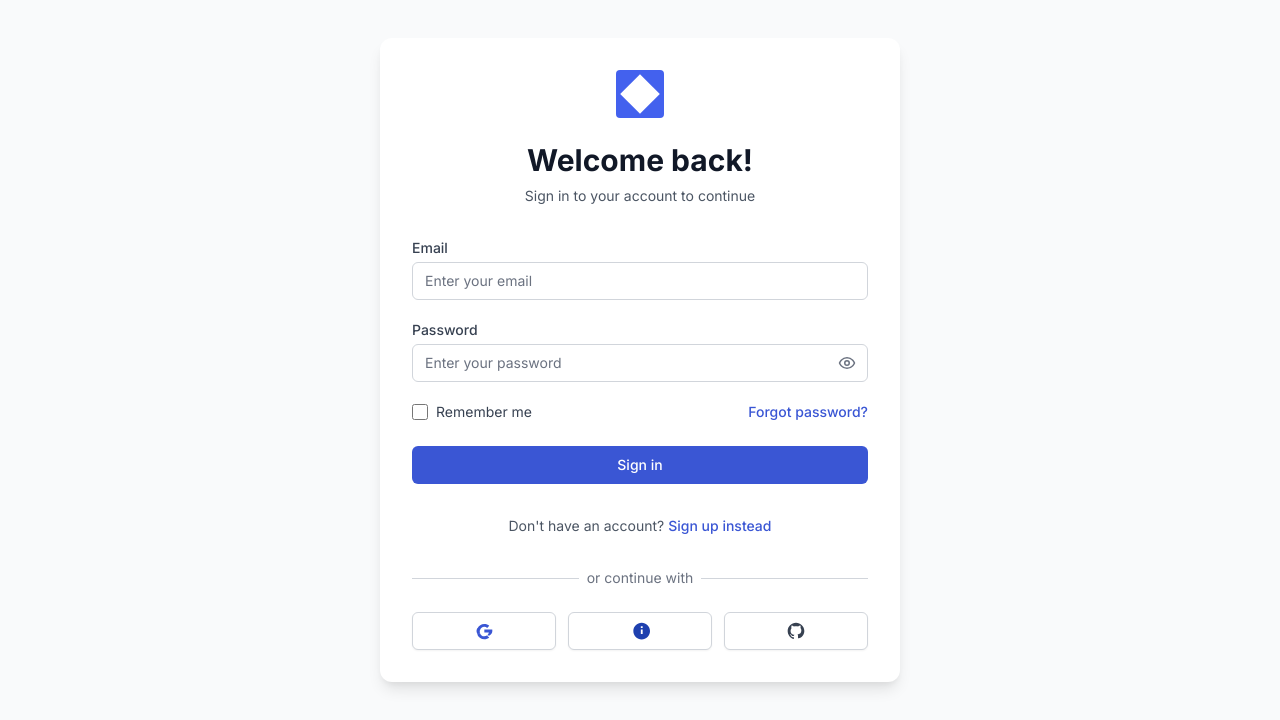
Repository: StoyanStoyanov1/DHS-Team
Page: /auth/login (app in dhs-admin-panel/)
These files come from the project's save history. The page is drawn as it stood at one moment and after the next save; the edit follows.
The browser window is 1280 px wide. The pictures show the whole page.
The project was rebuilt for these pictures with package versions that can differ from the ones it lists, and the page was loaded fresh each time. The framework's server and built-in components were replaced by stand-ins that run in the browser. Also part of the build but not shown: dhs-admin-panel/next.config.ts, dhs-admin-panel/src/app/components/SearchBar.tsx, dhs-admin-panel/src/app/components/Header.tsx, dhs-admin-panel/src/app/components/NavItem.tsx, dhs-admin-panel/src/app/components/Sidebar.tsx.

Above is the page before, as saved 2025-04-23 08:42:22.

### dhs-admin-panel/src/app/layout.tsx
import type { Metadata } from 'next';
import { Inter } from 'next/font/google';
import './globals.css';
import DashboardLayout from './components/Layout';

const inter = Inter({ subsets: ['latin'] });

export const metadata: Metadata = {
    title: 'Admin Dashboard',
    description: 'NextJS Admin Dashboard',
};

export default function RootLayout({
                                       children,
                                   }: {
    children: React.ReactNode
}) {
    return (
        <html lang="en">
        <body className={inter.className}>
        <DashboardLayout>
            {children}
        </DashboardLayout>
        </body>
        </html>
    );
}

### dhs-admin-panel/src/app/auth/login/page.tsx
'use client';

import React, { useState } from 'react';
import { useRouter } from 'next/navigation';
import { Eye, EyeOff } from 'lucide-react';
import Link from 'next/link';

export default function LoginPage() {
    const router = useRouter();
    const [showPassword, setShowPassword] = useState(false);

    return (
        <div className="auth-page-container min-h-screen flex items-center justify-center bg-gray-50 p-4">
            <div className="max-w-md w-full space-y-8 p-8 bg-white rounded-xl shadow-lg">
                <div className="text-center">
                    <div className="flex justify-center">
                        <div className="h-12 w-12 rounded bg-blue-500 flex items-center justify-center">
                            <div className="w-7 h-7 bg-white transform rotate-45"></div>
                        </div>
                    </div>
                    <h2 className="mt-6 text-3xl font-bold text-gray-900">
                        Welcome back!
                    </h2>
                    <p className="mt-2 text-sm text-gray-600">
                        Sign in to your account to continue
                    </p>
                </div>

                <form className="mt-8 space-y-6">
                    <div className="space-y-5">
                        <div>
                            <label htmlFor="email" className="block text-sm font-medium text-gray-700 mb-1">
                                Email
                            </label>
                            <input
                                id="email"
                                name="email"
                                type="email"
                                required
                                className="appearance-none relative block w-full px-3 py-2 border border-gray-300 placeholder-gray-500 text-gray-900 rounded-md focus:outline-none focus:ring-blue-500 focus:border-blue-500 sm:text-sm"
                                placeholder="Enter your email"
                            />
                        </div>

                        <div>
                            <label htmlFor="password" className="block text-sm font-medium text-gray-700 mb-1">
                                Password
                            </label>
                            <div className="relative">
                                <input
                                    id="password"
                                    name="password"
                                    type={showPassword ? "text" : "password"}
                                    required
                                    className="appearance-none relative block w-full px-3 py-2 border border-gray-300 placeholder-gray-500 text-gray-900 rounded-md focus:outline-none focus:ring-blue-500 focus:border-blue-500 sm:text-sm"
                                    placeholder="Enter your password"
                                />
                                <button
                                    type="button"
                                    className="absolute inset-y-0 right-0 pr-3 flex items-center text-gray-500 cursor-pointer"
                                    onClick={() => setShowPassword(!showPassword)}
                                >
                                    {showPassword ? <EyeOff size={18} /> : <Eye size={18} />}
                                </button>
                            </div>
                        </div>

                        <div className="flex items-center justify-between">
                            <div className="flex items-center">
                                <input
                                    id="remember-me"
                                    name="remember-me"
                                    type="checkbox"
                                    className="h-4 w-4 text-blue-600 focus:ring-blue-500 border-gray-300 rounded"
                                />
                                <label htmlFor="remember-me" className="ml-2 block text-sm text-gray-700">
                                    Remember me
                                </label>
                            </div>

                            <div className="text-sm">
                                <a href="#" className="font-medium text-blue-600 hover:text-blue-500">
                                    Forgot password?
                                </a>
                            </div>
                        </div>
                    </div>

                    <button
                        type="submit"
                        className="group relative w-full flex justify-center py-2 px-4 border border-transparent text-sm font-medium rounded-md text-white bg-blue-600 hover:bg-blue-700 focus:outline-none focus:ring-2 focus:ring-offset-2 focus:ring-blue-500"
                    >
                        Sign in
                    </button>
                </form>

                <div className="mt-6 text-center">
                    <p className="text-sm text-gray-600">
                        Don't have an account? {' '}
                        <Link href="/auth/register" className="font-medium text-blue-600 hover:text-blue-500">
                            Sign up instead
                        </Link>
                    </p>
                </div>

                <div className="mt-6">
                    <div className="relative">
                        <div className="absolute inset-0 flex items-center">
                            <div className="w-full border-t border-gray-300"></div>
                        </div>
                        <div className="relative flex justify-center text-sm">
                            <span className="px-2 bg-white text-gray-500">
                                or continue with
                            </span>
                        </div>
                    </div>

                    <div className="mt-6 grid grid-cols-3 gap-3">
                        <button
                            type="button"
                            className="w-full inline-flex justify-center py-2 px-4 border border-gray-300 rounded-md shadow-sm bg-white text-sm font-medium text-gray-500 hover:bg-gray-50"
                        >
                            <svg className="h-5 w-5 text-blue-600" fill="currentColor" viewBox="0 0 24 24" aria-hidden="true">
                                <path d="M22,12.1c0-0.6,0-1.3-0.1-1.9h-9.5v3.7h5.4c-0.2,1.4-1,2.6-2,3.4l0,0.2h2.9C20.9,15.9,22,14.2,22,12.1z" />
                                <path d="M12.3,22c2.4,0,4.5-0.8,6-2.2l-2.9-2.3c-0.8,0.5-1.9,0.9-3.1,0.9c-2.4,0-4.4-1.6-5.1-3.8H4.2v2.3C5.7,19.9,8.8,22,12.3,22z" />
                                <path d="M7.2,14.6c-0.2-0.6-0.3-1.2-0.3-1.9c0-0.7,0.1-1.3,0.3-1.9V8.5H4.2C3.4,9.6,3,10.8,3,12.1s0.4,2.5,1.2,3.6L7.2,14.6z" />
                                <path d="M12.3,7c1.4,0,2.6,0.5,3.5,1.3l0,0l2.5-2.5l0,0C16.9,4.5,14.8,3.7,12.3,3.7c-3.5,0-6.6,2.1-8.1,5.1l3,2.3C7.9,8.6,10,7,12.3,7z" />
                            </svg>
                        </button>

                        <button
                            type="button"
                            className="w-full inline-flex justify-center py-2 px-4 border border-gray-300 rounded-md shadow-sm bg-white text-sm font-medium text-gray-500 hover:bg-gray-50"
                        >
                            <svg className="h-5 w-5 text-blue-800" fill="currentColor" viewBox="0 0 24 24" aria-hidden="true">
                                <path d="M24,12.1c0,5.5-4.5,10-10,10S4,17.6,4,12.1C4,6.6,8.5,2.1,14,2.1S24,6.6,24,12.1z M13,8.3h2.2v-2h-2.2v2z M13,15.5h2.2v-5.4H13V15.5z" />
                            </svg>
                        </button>

                        <button
                            type="button"
                            className="w-full inline-flex justify-center py-2 px-4 border border-gray-300 rounded-md shadow-sm bg-white text-sm font-medium text-gray-500 hover:bg-gray-50"
                        >
                            <svg className="h-5 w-5 text-gray-700" fill="currentColor" viewBox="0 0 24 24" aria-hidden="true">
                                <path fillRule="evenodd" d="M12,2.1c-5.5,0-10,4.5-10,10c0,4.4,2.9,8.2,6.8,9.5c0.5,0.1,0.7-0.2,0.7-0.5c0-0.2,0-0.9,0-1.7c-2.8,0.6-3.4-1.3-3.4-1.3C5.7,17,5,16.6,5,16.6c-0.9-0.6,0.1-0.6,0.1-0.6c1,0.1,1.5,1,1.5,1c0.9,1.5,2.3,1.1,2.9,0.8c0.1-0.6,0.3-1.1,0.6-1.3c-2.2-0.3-4.6-1.1-4.6-4.9c0-1.1,0.4-2,1-2.7C6.5,8.1,6.2,7,6.7,5.5c0,0,0.8-0.3,2.8,1c0.8-0.2,1.7-0.3,2.5-0.3s1.7,0.1,2.5,0.3c1.9-1.3,2.8-1,2.8-1c0.5,1.4,0.2,2.5,0.1,2.8c0.6,0.7,1,1.6,1,2.7c0,3.8-2.3,4.7-4.6,4.9c0.3,0.3,0.6,0.9,0.6,1.8c0,1.3,0,2.3,0,2.6c0,0.3,0.2,0.6,0.7,0.5C19.1,20.3,22,16.5,22,12.1C22,6.6,17.5,2.1,12,2.1z" clipRule="evenodd" />
                            </svg>
                        </button>
                    </div>
                </div>
            </div>
        </div>
    );
}

### dhs-admin-panel/src/app/globals.css
@tailwind base;
@tailwind components;
@tailwind utilities;

:root {
  --background: #ffffff;
  --foreground: #171717;
}

@theme inline {
  --color-background: var(--background);
  --color-foreground: var(--foreground);
  --font-sans: var(--font-geist-sans);
  --font-mono: var(--font-geist-mono);
}

@media (prefers-color-scheme: dark) {
  :root {
    --background: #0a0a0a;
    --foreground: #ededed;
  }
}

html, body {
  background: var(--background);
  color: var(--foreground);
  font-family: Arial, Helvetica, sans-serif;
  height: 100%;
  width: 100%;
  margin: 0;
  padding: 0;
}

.auth-page-container {
  min-height: 100vh;
  display: flex;
  flex-direction: column;
}

/* Максимална широчина на контейнера за auth страниците */
.auth-page-container > div {
  max-width: 480px;
  width: 100%;
}

/* Адаптивност при по-големи екрани */
@media (min-width: 1280px) {
  .auth-page-container > div {
    max-width: 520px;
  }
}

@media (min-width: 1536px) {
  .auth-page-container > div {
    max-width: 580px;
  }
}

### dhs-admin-panel/src/app/components/Layout.tsx
'use client';

import { useState, ReactNode } from 'react';
import { usePathname } from 'next/navigation';
import Header from './Header';
import Sidebar from './Sidebar';

interface DashboardLayoutProps {
    children: ReactNode;
}

const Layout: React.FC<DashboardLayoutProps> = ({ children }) => {
    const [activeSection, setActiveSection] = useState<string>('dashboards');
    const [isSidebarCollapsed, setIsSidebarCollapsed] = useState(false);
    const pathname = usePathname();

    const isAuthPage = pathname?.startsWith('/auth');

    if (isAuthPage) {
        return <>{children}</>;
    }

    return (
        <div className="flex h-screen bg-gray-50">
            <Sidebar
                activeSection={activeSection}
                setActiveSection={setActiveSection}
                isCollapsed={isSidebarCollapsed}
                toggleCollapse={() => setIsSidebarCollapsed(!isSidebarCollapsed)}
            />

            <div className="flex-1">
                <Header />

                <main className="p-6 mx-auto w-full">
                    <div className="max-w-7xl mx-auto w-full">
                        {children}
                    </div>
                </main>
            </div>
        </div>
    );
};

export default Layout;

### dhs-admin-panel/tailwind.config.js
/** @type {import('tailwindcss').Config} */
module.exports = {
    content: [
        './src/components/**/*.{js,ts,jsx,tsx,mdx}',
        './src/app/**/*.{js,ts,jsx,tsx,mdx}',
    ],
    theme: {
        extend: {
            colors: {
                blue: {
                    50: '#eff6ff',
                    100: '#dbeafe',
                    200: '#bfdbfe',
                    300: '#93c5fd',
                    400: '#60a5fa',
                    500: '#4361ee',
                    600: '#3a56d4',
                    700: '#1d4ed8',
                    800: '#1e40af',
                    900: '#1e3a8a',
                    950: '#172554',
                },
                gray: {
                    50: '#f9fafb',
                    100: '#f3f4f6',
                    200: '#e5e7eb',
                    300: '#d1d5db',
                    400: '#9ca3af',
                    500: '#6b7280',
                    600: '#4b5563',
                    700: '#374151',
                    800: '#1f2937',
                    900: '#111827',
                    950: '#030712',
                },
                purple: {
                    50: '#faf5ff',
                    100: '#f3e8ff',
                    500: '#8b5cf6',
                    600: '#7c3aed',
                },
                green: {
                    50: '#f0fdf4',
                    100: '#dcfce7',
                    500: '#22c55e',
                    600: '#16a34a',
                },
                red: {
                    50: '#fef2f2',
                    100: '#fee2e2',
                    500: '#ef4444',
                    600: '#dc2626',
                },
                yellow: {
                    50: '#fffbeb',
                    100: '#fef3c7',
                    500: '#eab308',
                    600: '#ca8a04',
                },
            },
            boxShadow: {
                'sm': '0 1px 2px 0 rgba(0, 0, 0, 0.05)',
                'DEFAULT': '0 1px 3px 0 rgba(0, 0, 0, 0.1), 0 1px 2px 0 rgba(0, 0, 0, 0.06)',
                'md': '0 4px 6px -1px rgba(0, 0, 0, 0.1), 0 2px 4px -1px rgba(0, 0, 0, 0.06)',
                'lg': '0 10px 15px -3px rgba(0, 0, 0, 0.1), 0 4px 6px -2px rgba(0, 0, 0, 0.05)',
                'xl': '0 20px 25px -5px rgba(0, 0, 0, 0.1), 0 10px 10px -5px rgba(0, 0, 0, 0.04)',
            },
            borderRadius: {
                'lg': '0.625rem',
                'xl': '0.75rem',
                '2xl': '1rem',
            },
            animation: {
                'fade-in': 'fade-in 0.3s ease-in-out',
                'slide-in': 'slide-in 0.3s ease-in-out',
            },
            keyframes: {
                'fade-in': {
                    '0%': { opacity: '0' },
                    '100%': { opacity: '1' },
                },
                'slide-in': {
                    '0%': { transform: 'translateX(-10px)', opacity: '0' },
                    '100%': { transform: 'translateX(0)', opacity: '1' },
                },
            },
            transitionDuration: {
                '400': '400ms',
            }
        },
    },
    plugins: [],
}

After the next save:
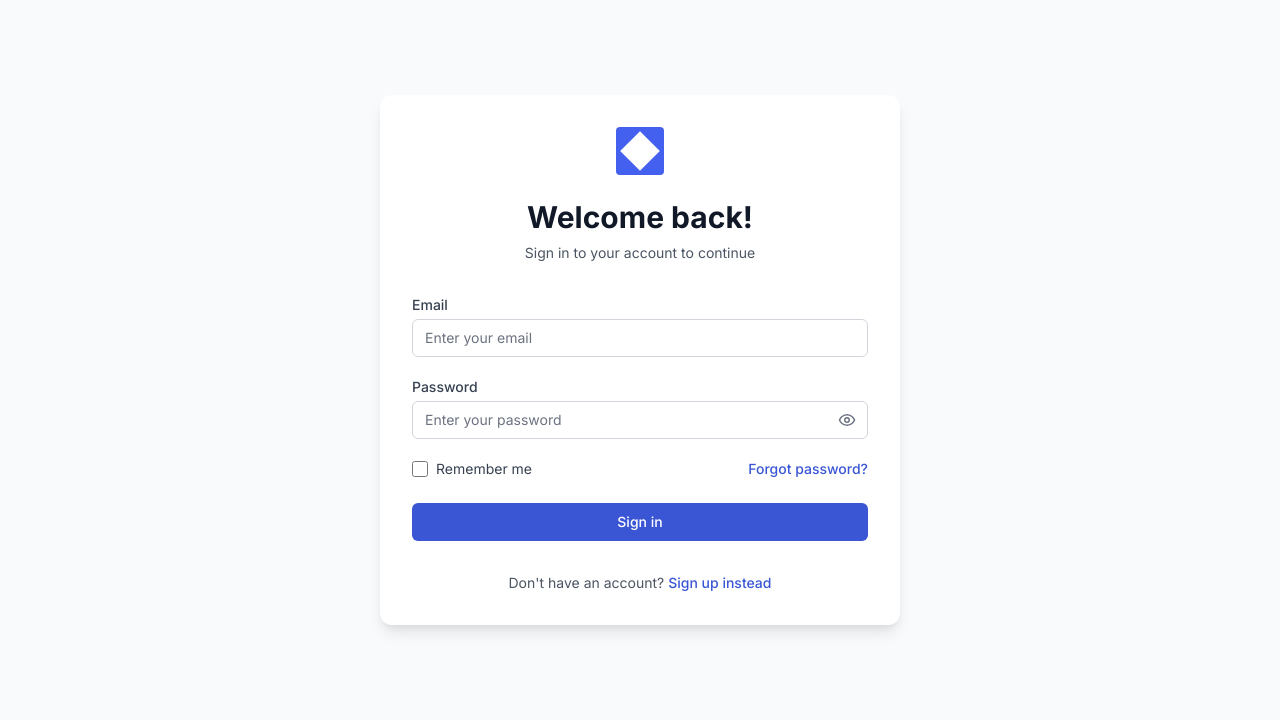
Saved 23 s later.
--- a/dhs-admin-panel/src/app/auth/login/page.tsx
+++ b/dhs-admin-panel/src/app/auth/login/page.tsx
@@ -11,7 +11,7 @@ export default function LoginPage() {
 
     return (
         <div className="auth-page-container min-h-screen flex items-center justify-center bg-gray-50 p-4">
-            <div className="max-w-md w-full space-y-8 p-8 bg-white rounded-xl shadow-lg">
+            <div className="w-full space-y-8 p-8 bg-white rounded-xl shadow-lg">
                 <div className="text-center">
                     <div className="flex justify-center">
                         <div className="h-12 w-12 rounded bg-blue-500 flex items-center justify-center">
@@ -103,50 +103,7 @@ export default function LoginPage() {
                     </p>
                 </div>
 
-                <div className="mt-6">
-                    <div className="relative">
-                        <div className="absolute inset-0 flex items-center">
-                            <div className="w-full border-t border-gray-300"></div>
-                        </div>
-                        <div className="relative flex justify-center text-sm">
-                            <span className="px-2 bg-white text-gray-500">
-                                or continue with
-                            </span>
-                        </div>
-                    </div>
 
-                    <div className="mt-6 grid grid-cols-3 gap-3">
-                        <button
-                            type="button"
-                            className="w-full inline-flex justify-center py-2 px-4 border border-gray-300 rounded-md shadow-sm bg-white text-sm font-medium text-gray-500 hover:bg-gray-50"
-                        >
-                            <svg className="h-5 w-5 text-blue-600" fill="currentColor" viewBox="0 0 24 24" aria-hidden="true">
-                                <path d="M22,12.1c0-0.6,0-1.3-0.1-1.9h-9.5v3.7h5.4c-0.2,1.4-1,2.6-2,3.4l0,0.2h2.9C20.9,15.9,22,14.2,22,12.1z" />
-                                <path d="M12.3,22c2.4,0,4.5-0.8,6-2.2l-2.9-2.3c-0.8,0.5-1.9,0.9-3.1,0.9c-2.4,0-4.4-1.6-5.1-3.8H4.2v2.3C5.7,19.9,8.8,22,12.3,22z" />
-                                <path d="M7.2,14.6c-0.2-0.6-0.3-1.2-0.3-1.9c0-0.7,0.1-1.3,0.3-1.9V8.5H4.2C3.4,9.6,3,10.8,3,12.1s0.4,2.5,1.2,3.6L7.2,14.6z" />
-                                <path d="M12.3,7c1.4,0,2.6,0.5,3.5,1.3l0,0l2.5-2.5l0,0C16.9,4.5,14.8,3.7,12.3,3.7c-3.5,0-6.6,2.1-8.1,5.1l3,2.3C7.9,8.6,10,7,12.3,7z" />
-                            </svg>
-                        </button>
-
-                        <button
-                            type="button"
-                            className="w-full inline-flex justify-center py-2 px-4 border border-gray-300 rounded-md shadow-sm bg-white text-sm font-medium text-gray-500 hover:bg-gray-50"
-                        >
-                            <svg className="h-5 w-5 text-blue-800" fill="currentColor" viewBox="0 0 24 24" aria-hidden="true">
-                                <path d="M24,12.1c0,5.5-4.5,10-10,10S4,17.6,4,12.1C4,6.6,8.5,2.1,14,2.1S24,6.6,24,12.1z M13,8.3h2.2v-2h-2.2v2z M13,15.5h2.2v-5.4H13V15.5z" />
-                            </svg>
-                        </button>
-
-                        <button
-                            type="button"
-                            className="w-full inline-flex justify-center py-2 px-4 border border-gray-300 rounded-md shadow-sm bg-white text-sm font-medium text-gray-500 hover:bg-gray-50"
-                        >
-                            <svg className="h-5 w-5 text-gray-700" fill="currentColor" viewBox="0 0 24 24" aria-hidden="true">
-                                <path fillRule="evenodd" d="M12,2.1c-5.5,0-10,4.5-10,10c0,4.4,2.9,8.2,6.8,9.5c0.5,0.1,0.7-0.2,0.7-0.5c0-0.2,0-0.9,0-1.7c-2.8,0.6-3.4-1.3-3.4-1.3C5.7,17,5,16.6,5,16.6c-0.9-0.6,0.1-0.6,0.1-0.6c1,0.1,1.5,1,1.5,1c0.9,1.5,2.3,1.1,2.9,0.8c0.1-0.6,0.3-1.1,0.6-1.3c-2.2-0.3-4.6-1.1-4.6-4.9c0-1.1,0.4-2,1-2.7C6.5,8.1,6.2,7,6.7,5.5c0,0,0.8-0.3,2.8,1c0.8-0.2,1.7-0.3,2.5-0.3s1.7,0.1,2.5,0.3c1.9-1.3,2.8-1,2.8-1c0.5,1.4,0.2,2.5,0.1,2.8c0.6,0.7,1,1.6,1,2.7c0,3.8-2.3,4.7-4.6,4.9c0.3,0.3,0.6,0.9,0.6,1.8c0,1.3,0,2.3,0,2.6c0,0.3,0.2,0.6,0.7,0.5C19.1,20.3,22,16.5,22,12.1C22,6.6,17.5,2.1,12,2.1z" clipRule="evenodd" />
-                            </svg>
-                        </button>
-                    </div>
-                </div>
             </div>
         </div>
     );
